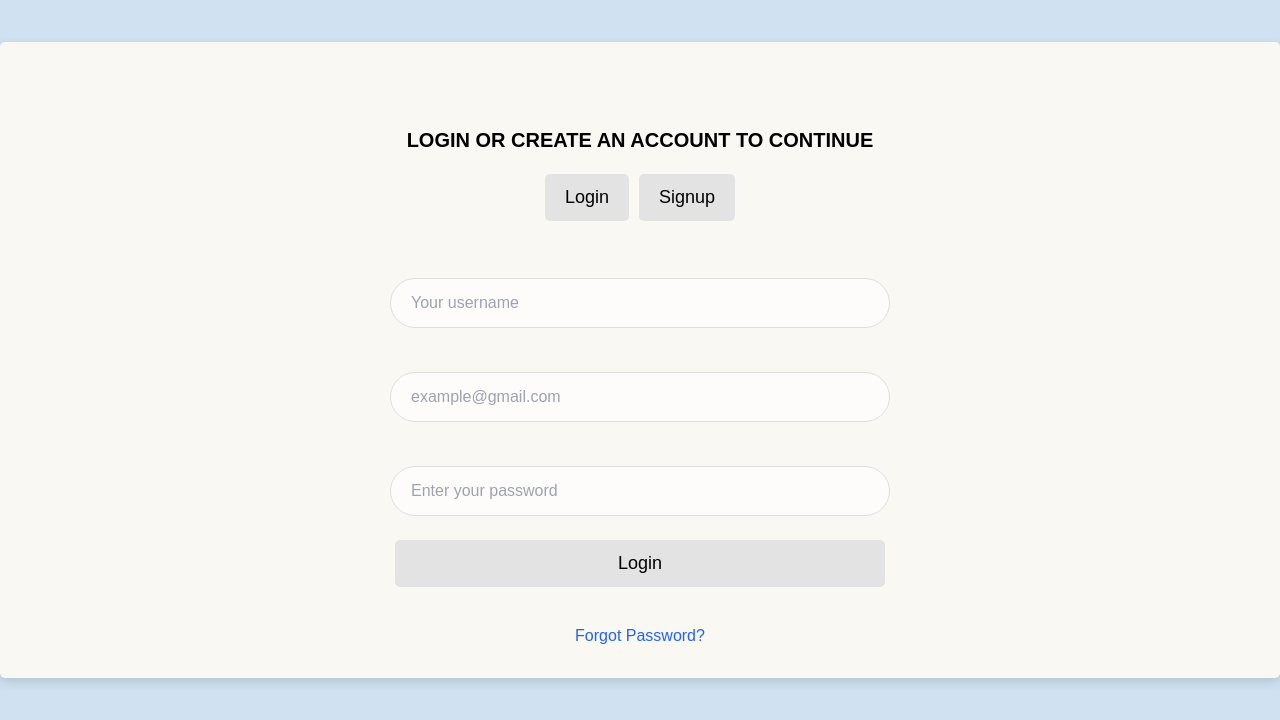
Repository: Kagisho96/react-firebase-blog-app
Page: /
The author's editor kept a copy of each file at every save. The page is drawn from the files as they stood at one save, then again after a run of saves.
The browser window is 1280 px wide. The pictures show the whole page.
Some web libraries are served in a nearby version. The project was rebuilt for these pictures with package versions that can differ from the ones it lists, and the page was loaded fresh each time. Also part of the build but not shown: vite.config.js, src/components/Header.jsx, src/views/AddBookPage.jsx, src/components/Notes.jsx, src/views/SingleBookPage.jsx.

Above is the page before, as saved 2024-02-10 02:06:49.

After the next 4 saves:
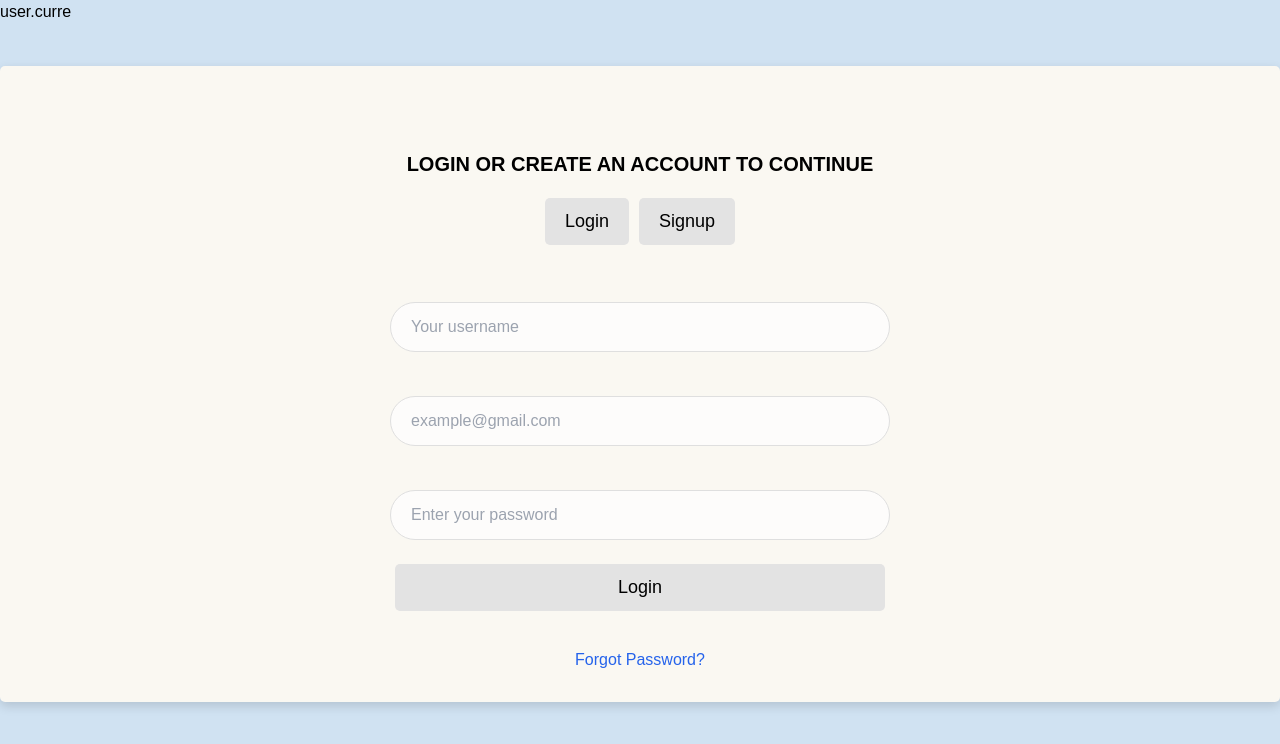
The 4 saves are shown as one change because they came seconds apart.
The last was saved 19 s later.
--- a/src/App.jsx
+++ b/src/App.jsx
@@ -12,6 +12,7 @@ function App() {
 
   return (
     <>
+    user.curre
       <BrowserRouter>
         <Routes>
           <Route index element={<LoginPage />} />
